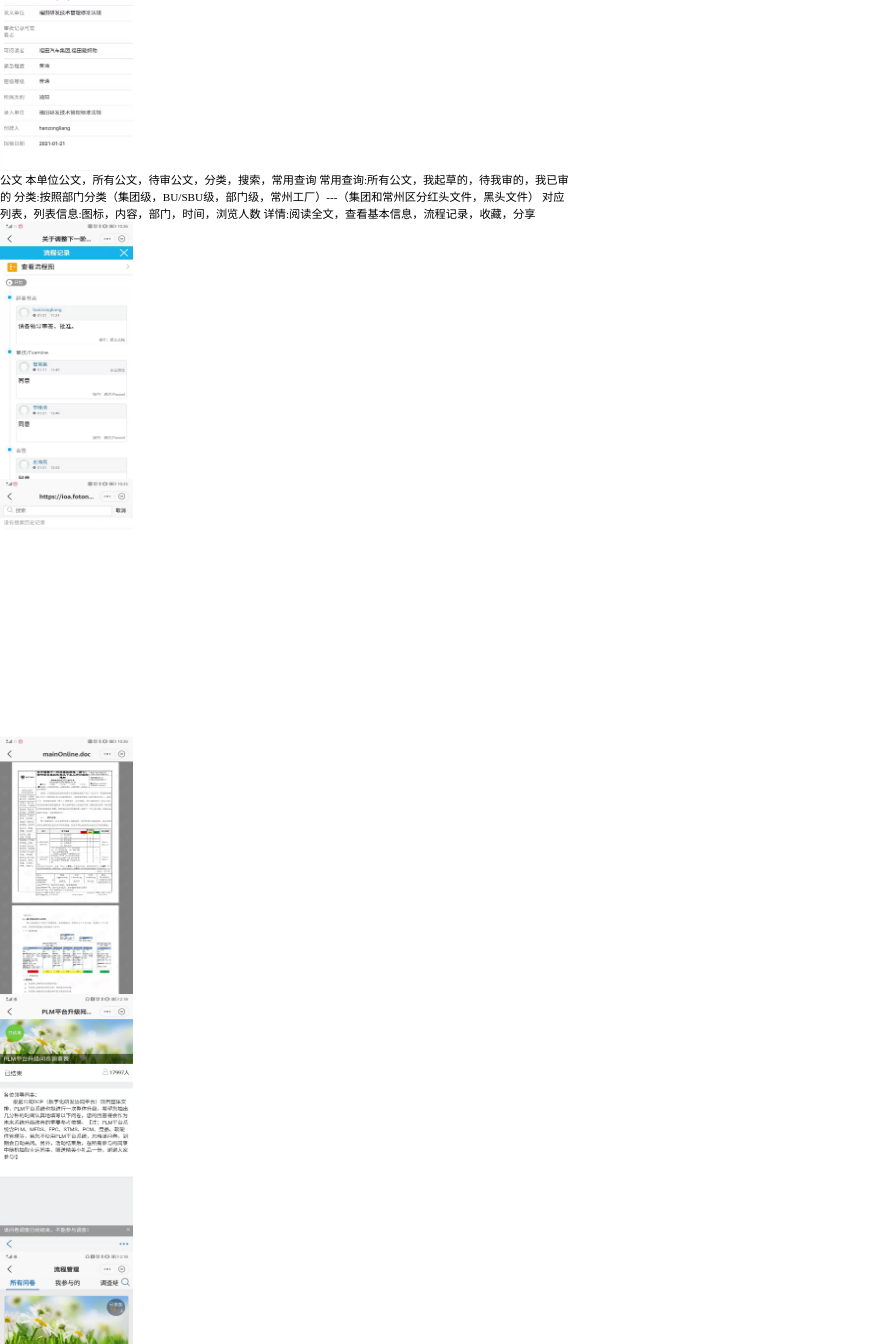
Repository: ch230/2021
Page: A.html
The author's editor kept a copy of each file at every save. The page is drawn from the files as they stood at one save, then again after the next save.
The browser window is 1280 px wide. The pictures show the part of the page from y = 2035 to 3955 px (the page is 11796 px tall before and 11820 px after), at 70% of full size.

Above is the page before, as saved 2021-02-15 14:42:14.

After the next save:
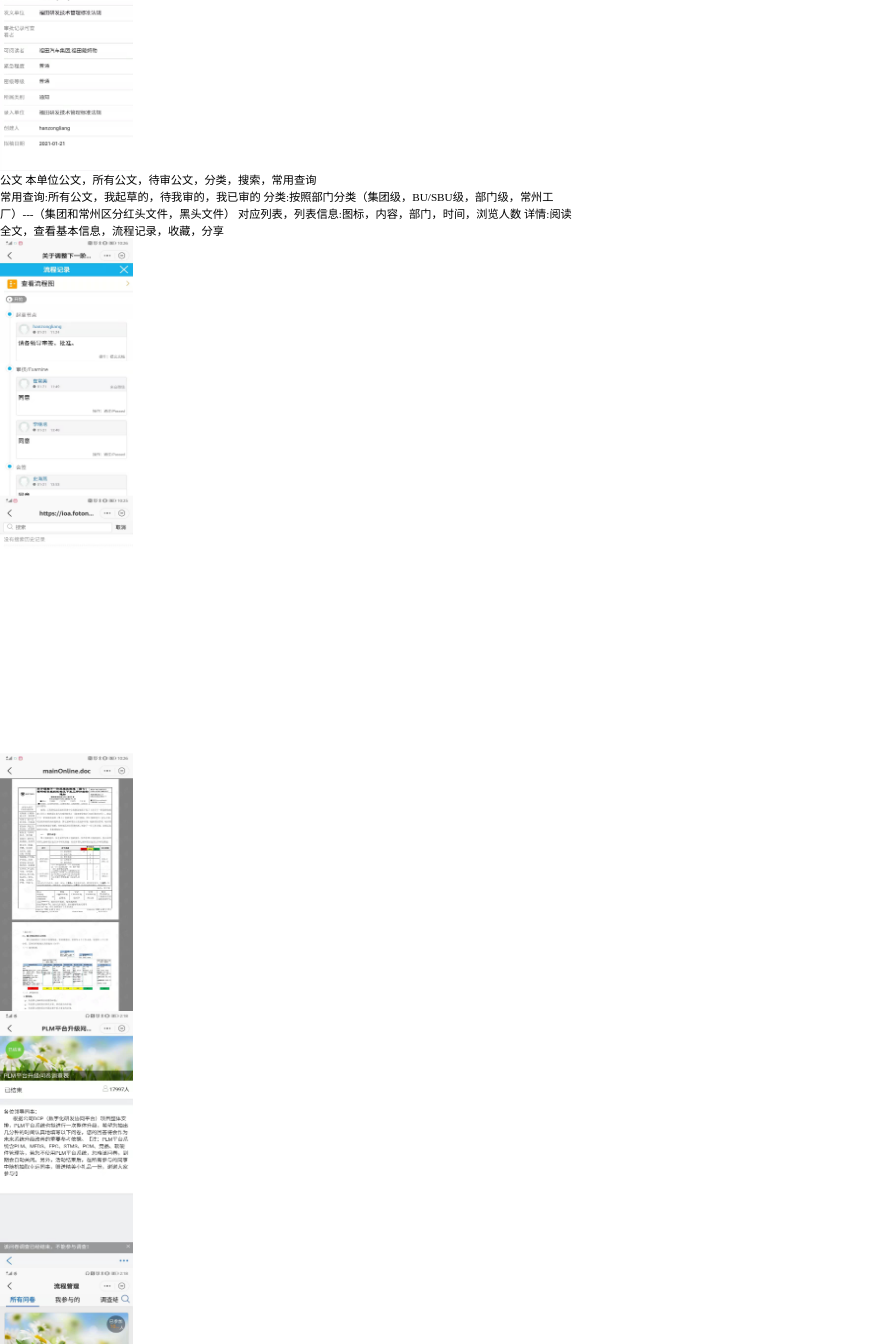
Saved 10 s later.
--- a/A.html
+++ b/A.html
@@ -71,7 +71,7 @@
       <!-- 公文 -->
       <div id="items">
         <div>
-          公文 本单位公文，所有公文，待审公文，分类，搜索，常用查询
+          <p>公文 本单位公文，所有公文，待审公文，分类，搜索，常用查询</p>
           常用查询:所有公文，我起草的，待我审的，我已审的
           分类:按照部门分类（集团级，BU/SBU级，部门级，常州工厂）---（集团和常州区分红头文件，黑头文件）
           对应列表，列表信息:图标，内容，部门，时间，浏览人数
